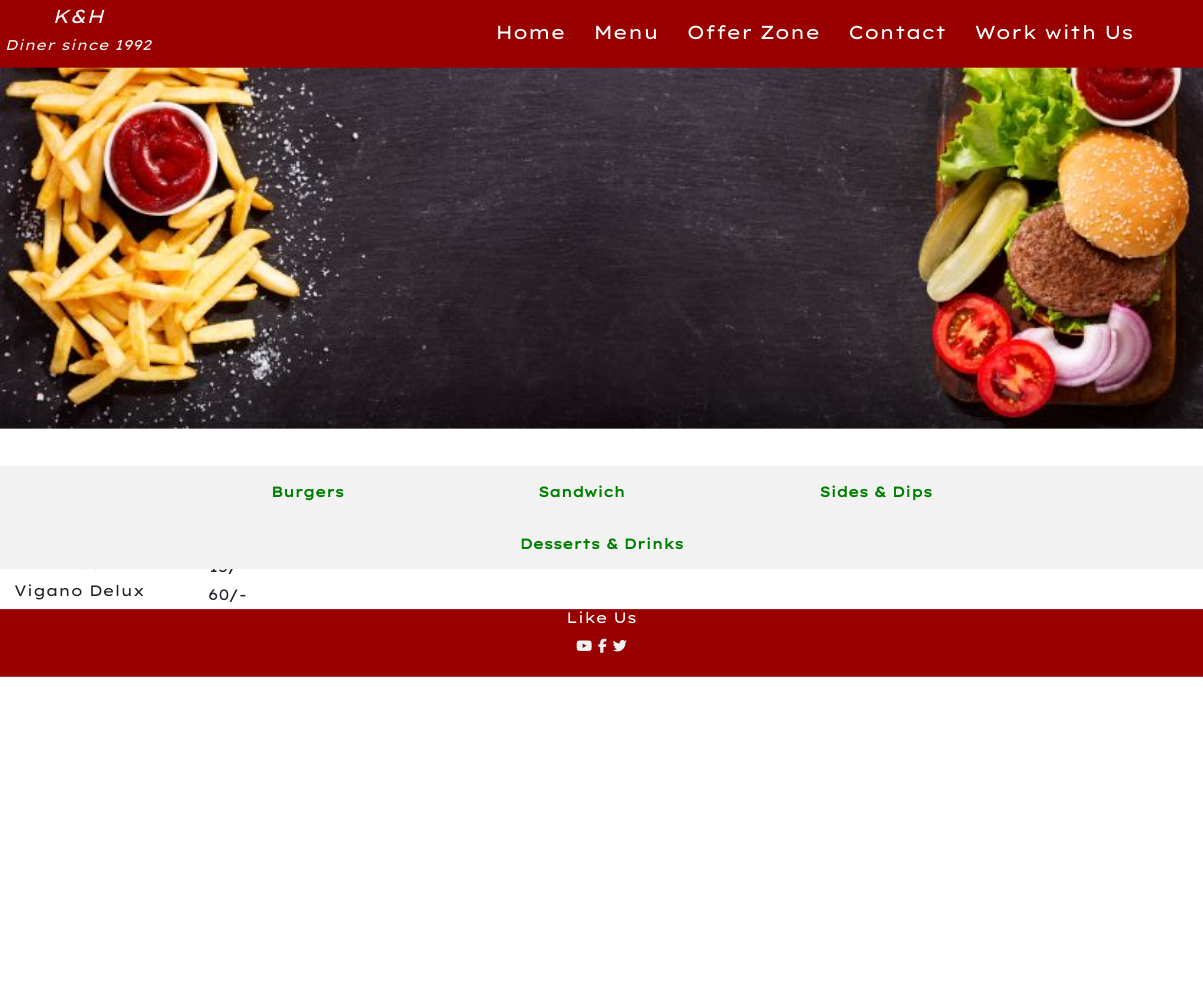
Repository: HMTRIVEDI/project-one
Page: Menu.html
The author's editor kept a record of every edit. The page is drawn from the files as they stood at one moment, then again after the next edit.
The browser window is 1280 px wide. The pictures show the whole page, at 94% of full size.
Some web libraries are served in a nearby version.

Above is the page before.

After the next edit:
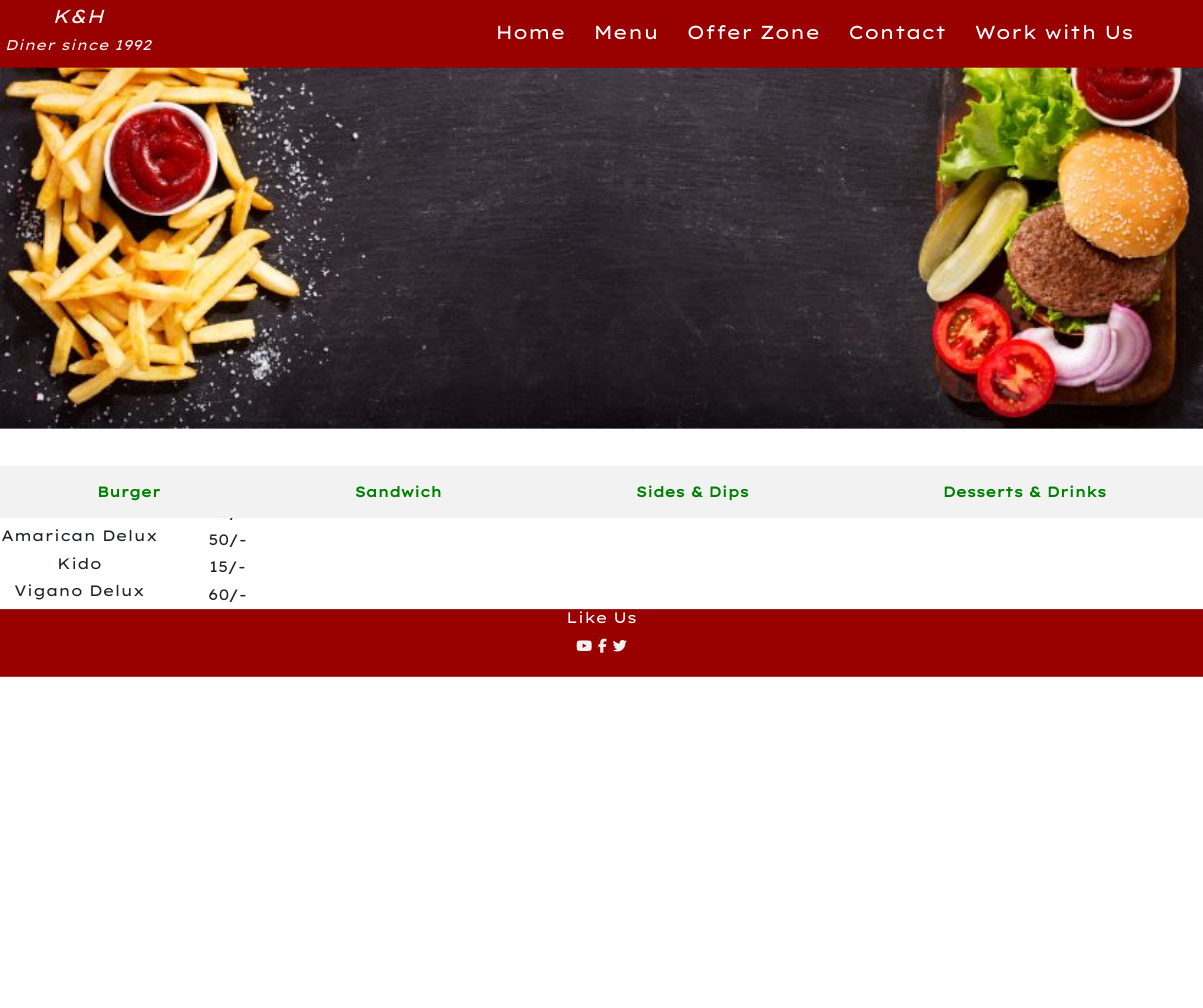
The edit:
--- a/Menu.html
+++ b/Menu.html
@@ -55,7 +55,7 @@
     <nav class="Menu">
       <ul class="fm">
         <li class="i">
-          <a href="#f1b">Burgers</a>
+          <a href="#f1b">Burger</a>
         </li>
         <li class="i">
           <a href="#f1s">Sandwich</a>
